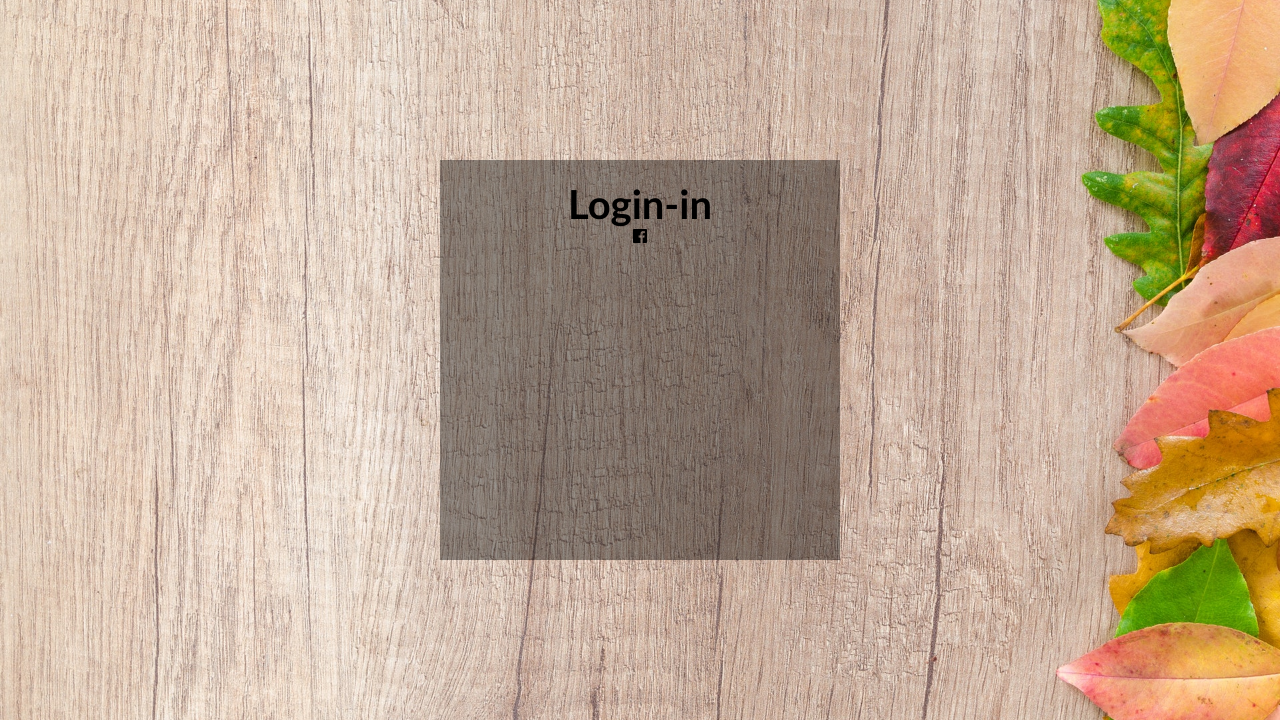
Repository: imedakrouti/BookStore
Page: ex.html
An editor plug-in stored every save of this project. The page is shown before and after the next save, followed by the edit.
The browser window is 1280 px wide. The pictures show the whole page.
Some web libraries are served in a nearby version.

Above is the page before, as saved 2020-05-08 15:21:58.

After the next save:
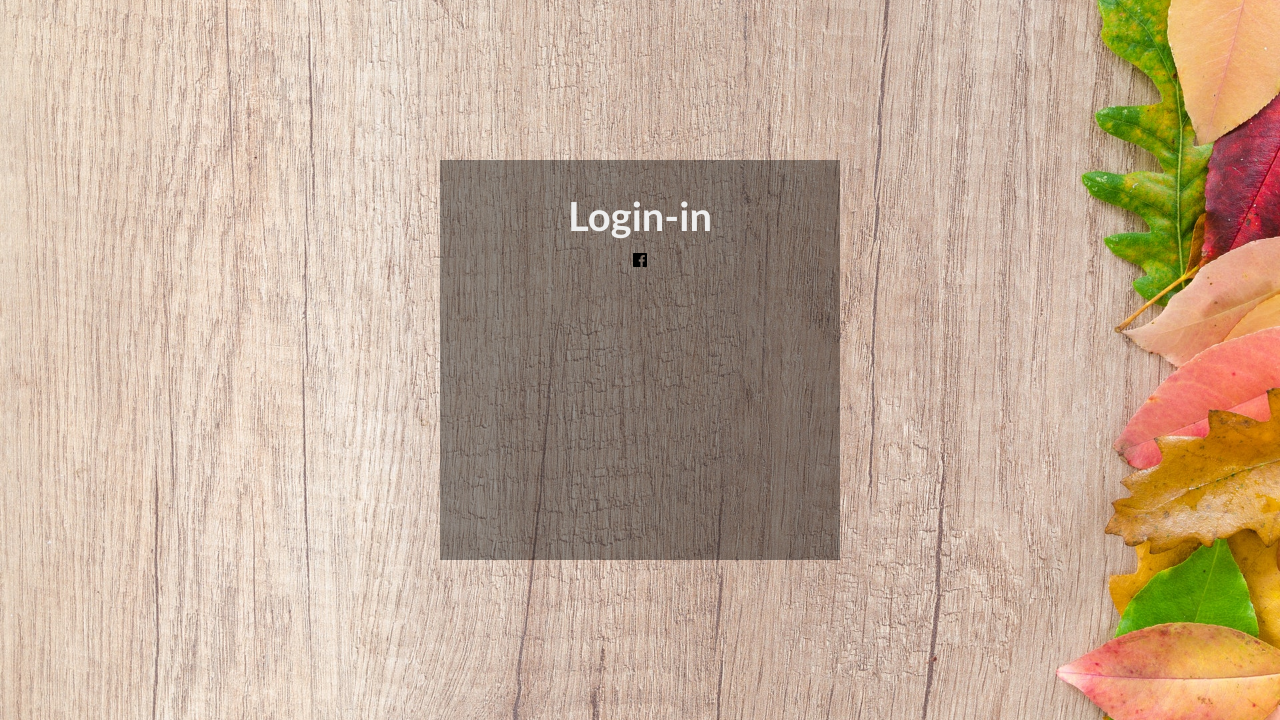
Saved 28 s later.
--- a/ex.html
+++ b/ex.html
@@ -31,6 +31,8 @@
     .form-contact h2{
         font-size: 40px;
         font-family: 'Gill Sans', 'Gill Sans MT', Calibri, 'Trebuchet MS', sans-serif;
+        color:#eee;
+        margin:12px 0;
     }
     /* header{
     height: 100vh;
